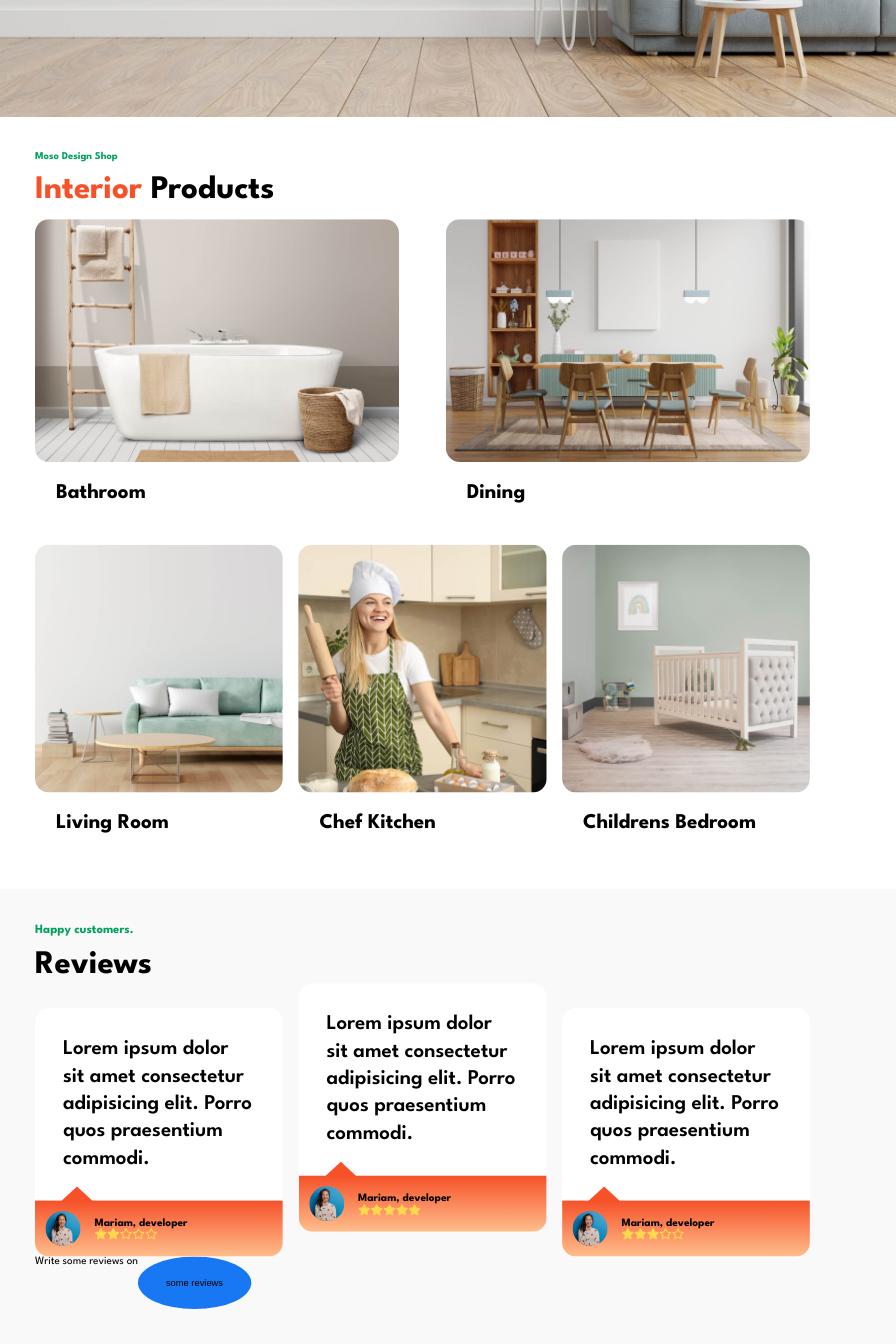
Repository: mariamnabil23/furniture
Page: index.html
The author's editor kept a copy of each file at every save. The page is drawn from the files as they stood at one save, then again after a run of saves.
The browser window is 1280 px wide. The pictures show the part of the page from y = 1853 to 3773 px (the page is 3773 px tall before and 3728 px after), at 70% of full size.
Some web fonts or font styles are not loaded; a fallback is used.

Above is the page before, as saved 2024-10-31 10:08:25.

### index.html
<!DOCTYPE html>
<html lang="en">

<head>
    <meta charset="UTF-8">
    <meta name="viewport" content="width=device-width, initial-scale=1.0">
    <title>Furnture</title>

    <!-- font awesome -->
    <link rel="stylesheet" href="https://cdnjs.cloudflare.com/ajax/libs/font-awesome/6.0.0-beta3/css/all.min.css">

    <!-- google font -->
    <link rel="preconnect" href="https://fonts.googleapis.com">
    <link rel="preconnect" href="https://fonts.gstatic.com" crossorigin>
    <link
        href="https://fonts.googleapis.com/css2?family=Anton&family=DM+Sans:ital,opsz,wght@0,9..40,100..1000;1,9..40,100..1000&family=Inter:wght@100..900&family=Karla:ital,wght@0,200..800;1,200..800&family=League+Spartan:wght@100..900&family=Montserrat:ital,wght@0,100..900;1,100..900&family=Nunito:ital,wght@0,200..1000;1,200..1000&family=Playwrite+GB+S:ital,wght@0,100..400;1,100..400&family=Saira+Semi+Condensed:wght@100;200;300;400;500;600;700;800;900&family=Sorts+Mill+Goudy:ital@0;1&family=Tajawal:wght@200;300;400;500;700;800;900&family=Work+Sans:ital,wght@0,100..900;1,100..900&family=Yellowtail&family=Zen+Dots&display=swap"
        rel="stylesheet">


    <link rel="stylesheet" href="style.css">
</head>

<body>
    <div class="container">

        <!-- header section -->
        <section class="header">
            <div class="navbar">
                <div class="left">
                    <h2> <span class="y">Moso</span> Inter<span class="g">ior</span></h2>
                </div>
                <div class="right">
                    <ul>
                        <li><a href="#">Home</a></li>
                        <li><a href="#">About</a></li>
                        <li><a href="#">Shop</a></li>
                        <li><a href="#">Reviews</a></li>
                        <li><a href="#">Contact</a></li>
                    </ul>
                </div>
            </div>
        </section>

        <!-- home section -->
        <section class="home">
            <div class="content">
                <div class="top">
                    <h5>Welcome to Moso Interior</h5>
                    <i class="fas fa-home"></i>
                </div>
                <div class="middle">
                    <h1>Decorate a beautiful <br> interior for your space</h1>
                </div>
                <div class="bottom">
                    <div class="l">
                        <label>Product</label>
                        <input placeholder="bathroom, livin">
                    </div>
                    <div class="r">
                        <label>Product</label>
                        <input placeholder="bathroom, livin">
                    </div>
                    <div class="btn">
                        <button>Search</button>
                    </div>
                    <div class="down"><i class="fas fa-arrow"></i></div>
                </div>
            </div>
        </section>

        <!-- about section -->
        <section class="about">
            <div class="content">
                <div class="left">
                    <h5>Our Story</h5>
                    <h1>Introducing <span>Moso</span></h1>
                    <h2>Since 1986, We crafted <br> interior products for better <br> spaces</h2>
                    <p>Moso Interior is a free Bootstrap 5 HTML CSS template for your website. Tooplate is one of the
                        best websites to download 100% free HTML Templates for web designers and developers around the
                        world. Thank you for visiting.</p>
                </div>
                <div class="middle">
                    <img src="/images/about1.jpg">
                </div>
                <div class="right">
                    <img src="/images/about2.jpg">
                </div>
            </div>
        </section>

        <!-- open section -->
        <section class="open">
            <div class="content">
                <h1>Opening Hours</h1>
                <div class="box">
                    <i class="fa-regular fa-clock"></i>
                    <div class="hours">
                        <div><span class="day">Mon - Friday ~</span> <span class="clock">8:00 AM - 6:00 PM</span></div>
                        <div class="s"><span class="day">Saturday ~</span> <span class="clock">10:00 AM - 10:00 PM</span></div>
                        <div><span class="day">Sunday ~ Closed</span></div>
                    </div>
                </div>
            </div>
        </section>

        <!-- products section -->
        <section class="products">
            <div class="content">
                <div class="top">
                    <h5>Moso Design Shop</h5>
                    <h2> <span class="r">Interior</span> Products</h2>
                </div>
                <div class="box-two">
                    <div class="b1">
                        <img src="/images/p1.jpg" >
                        <h3>Bathroom</h3>
                    </div>
                    <div class="b2">
                        <img src="/images/p2.jpg" >
                        <h3>Dining</h3>
                    </div>
                </div>
                <div class="box-three">
                    <div class="b3">
                        <img src="/images/p3.jpg" >
                        <h3>Living Room</h3>
                    </div>
                    <div class="b4">
                        <img src="/images/p4.jpg" >
                        <h3>Chef Kitchen</h3>
                    </div>
                    <div class="b5">
                        <img src="/images/p5.jpg" >
                        <h3>Childrens Bedroom</h3>
                    </div>
                </div>
            </div>
        </section>

        <!-- reviews section -->
        <section class="reviews">
            <div class="content">
                <div class="top">
                    <h5>Happy customers.</h5>
                    <h2>Reviews</h2>
                </div>
                <div class="container">
                    <div class="box">
                        <h2>Lorem ipsum dolor sit amet consectetur adipisicing elit. Porro quos praesentium commodi.</h2>
                        <div class="btm">
                            <img src="/images/person1.jpg" >
                            <div class="rating">
                                <h4>Mariam, developer</h4>
                                <div class="stars">
                                    <i class="fa-solid fa-star"></i>
                                    <i class="fa-solid fa-star"></i>
                                    <i class="fa-regular fa-star"></i>
                                    <i class="fa-regular fa-star"></i>
                                    <i class="fa-regular fa-star"></i>
                                </div>
                            </div>
                        </div>
                    </div>
                    <div class="box">
                        <h2>Lorem ipsum dolor sit amet consectetur adipisicing elit. Porro quos praesentium commodi.</h2>
                        <div class="btm">
                            <img src="/images/person1.jpg" >
                            <div class="rating">
                                <h4>Mariam, developer</h4>
                                <div  class="stars">
                                    <i class="fa-solid fa-star"></i>
                                    <i class="fa-solid fa-star"></i>
                                    <i class="fa-solid fa-star"></i>
                                    <i class="fa-solid fa-star"></i>
                                    <i class="fa-solid fa-star"></i>
                                </div>
                            </div>
                        </div>
                    </div>
                    <div class="box">
                        <h2>Lorem ipsum dolor sit amet consectetur adipisicing elit. Porro quos praesentium commodi.</h2>
                        <div class="btm">
                            <img src="/images/person1.jpg" >
                            <div class="rating">
                                <h4>Mariam, developer</h4>
                                <div  class="stars">
                                    <i class="fa-solid fa-star"></i>
                                    <i class="fa-solid fa-star"></i>
                                    <i class="fa-solid fa-star"></i>
                                    <i class="fa-regular fa-star"></i>
                                    <i class="fa-regular fa-star"></i>
                                </div>
                            </div>
                    </div>
                    </div>
                </div>
                <div class="bottom">
                    <p>Write some reviews on</p>
                    <div class="box-btn">
                        <button class="box-btn">
                            <p>some reviews </p>
                        </button>
                    </div>
                </div>
        </section>

    </div>
</body>

</html>

### style.css
@import url('https://fonts.googleapis.com/css2?family=Anton&family=DM+Sans:ital,opsz,wght@0,9..40,100..1000;1,9..40,100..1000&family=Inter:wght@100..900&family=Karla:ital,wght@0,200..800;1,200..800&family=League+Spartan:wght@100..900&family=Montserrat:ital,wght@0,100..900;1,100..900&family=Nunito:ital,wght@0,200..1000;1,200..1000&family=Playwrite+GB+S:ital,wght@0,100..400;1,100..400&family=Saira+Semi+Condensed:wght@100;200;300;400;500;600;700;800;900&family=Sorts+Mill+Goudy:ital@0;1&family=Tajawal:wght@200;300;400;500;700;800;900&family=Work+Sans:ital,wght@0,100..900;1,100..900&family=Yellowtail&family=Zen+Dots&display=swap');


* {
    box-sizing: border-box;
    padding: 0;
    margin: 0;
}

body {
    font-family: "League Spartan", sans-serif;
}

ul {
    list-style: none;
}

a {
    text-decoration: none;
}

.header {
    background-color: rgb(249, 251, 251);
    height: 70px;
    position: fixed;
    width: 100%;
}

.navbar {
    width: 90%;
    margin: auto;
}

.navbar .left {
    float: left;
    display: inline;
}

.navbar .left h2 {
    color: #f65129;
    font-size: 35px;
}

.navbar .left .y {
    color: #ffd74f;
}

.navbar .left .g {
    color: #00a05d;
}

.navbar .right {
    float: right;
    display: inline;
    width: 60%;
}

.navbar .right ul {
    display: flex;
    justify-content: space-between;

}

.navbar .right ul li a {
    color: #706f6f;
    font-size: 20px;
}

.navbar .right ul li a {
    background-color: #ffd74f;

}


/* home */
.home {
    width: 100%;
    height: 100vh;
    background-image: url("/images/home-bg-1.jpg");
    background-size: cover;
    display: flex;
    flex-direction: column;
    align-items: center;
    justify-content: center;
    align-items: center;
}

.home .content {
    display: flex;
    flex-direction: column;
    align-items: center;
    justify-content: center;
    align-items: center;
}

.home .top h5 {
    display: inline;
    color: #00a05d;
    font-size: 18px;
}

.home .top i {
    color: #f65129;
}

.home .middle h1 {
    color: white;
    font-size: 60px;
    margin: 20px 0;
    line-height: 1.2;
}

.home .bottom {
    background: white;
    border-radius: 15px;
    padding: 40px;
    display: flex;
}

.home .bottom .l,
.home .bottom .r {
    margin: auto;
}

.home .bottom .r,
.home .bottom .btn {
    padding-left: 10px;
}

.home .bottom button {
    background: #f65129;
    padding: 10px;
    color: white;
    border: none;
    border-radius: 5px;
}


/* about */

.about {}

.about .content {
    display: flex;
    justify-content: space-between;
    align-items: center;
    width: 90%;
    margin: 100px auto;
}

.about .left {
    width: 40%;
    height: 280px;
}

.about .left h5 {
    color: #00a05d;
    font-size: 18px;
}

.about .middle {
    width: 25%;
    height: 300px;
}

.about .middle img {
    width: 100%;
    height: 100%;
    object-fit: cover;
    border-radius: 100%;
}

.about .right {
    width: 30%;
    height: 380px;
}

.about .right img {
    width: 100%;
    height: 100%;
    object-fit: cover;
    border-radius: 100%;
}

.about .left h1,
h2 {
    color: #6c757d;
}

.about .left h1 {
    font-size: 50px;
    font-weight: 600;
}

.about .left h2 {
    font-size: 40px;
    font-weight: 500;
    margin: 20px 0;

}

.about .left span {
    color: black;
}

.about .left p {
    color: #717275;
    font-size: 16px;
    font-weight: 300;
    line-height: 1.5;
}

/* open */
.open {
    width: 100%;
    height: 100vh;
    background-image: url('/images/open-bg.jpg');
    background-size: cover;
    position: relative;

}

.open .content {
    background-color: #e9eaeb;
    border-top: 25px solid #f65129;
    border-radius: 20px;
    width: 35%;
    padding: 30px 50px;
    position: absolute;
    top: 50%;
    left: 30%;
    transform: translate(-50%, -50%);
}

.open h1 {
    font-size: 50px;
    font-weight: 600;
}

.open .box {
    display: flex;
    align-items: baseline;
    margin-top: 30px;
}

.open .box i {
    padding-right: 16px;
    font-size: 25px;
    color: #504f4f;
}

.open .box .day {
    color: #838383;
    font-size: 20px;
    font-weight: 400;
}

.open .box .clock {
    font-size: 20px;
    font-weight: 700;
    color: #4a4949;
}

.open .box .s {
    padding: 20px 0;
}


/* products */


.products {
    color: #00a05d;
    font-size: 18px;
    margin: 50px 0px 50px 50px;
}

.products .content {
    width: 90%;
}

.products .top {}

.products .top h2 {
    color: black;
    margin: 20px 0;
    font-size: 47px;
}

.products .top .r {
    color: #f65129;
}

.products .box-two,
.products .box-three {
    width: 100%;
    display: flex;
    justify-content: space-between;
}

.products .box-two .b1,
.products .box-two .b2 {
    width: 47%;
    border-radius: 20px;
    display: flex;
    flex-direction: column;
}

.products .box-two .b1 img,
.products .box-two .b2 img {
    object-fit: cover;
    width: 100%;
    height: 100%;
    border-radius: 20px;
}

.products .box-three {
    margin-top: 30px;
}

.products .box-three .b3,
.products .box-three .b4,
.products .box-three .b5 {
    width: 32%;
    border-radius: 20px;
    display: flex;
    flex-direction: column;
}

.products .box-three .b3 img,
.products .box-three .b4 img,
.products .box-three .b5 img {
    object-fit: cover;
    width: 100%;
    border-radius: 20px;
}

.products .box-two h3,
.products .box-three h3 {
    color: black;
    padding: 30px;
    font-size: 30px;
}

/* Reviews */
.reviews {
    padding: 50px 0px 50px 50px;
    background-color: #f9f9f9;
}

.reviews .content {
    width: 90%;
}

.reviews .top h5 {
    color: #00a05d;
    font-size: 18px;
}

.reviews .top h2 {
    color: black;
    margin: 20px 0;
    font-size: 47px;
}

.reviews .container {
    display: flex;
    justify-content: space-between;
    margin-top: 40px;
    position: relative;
}

.reviews .box {
    display: flex;
    flex-direction: column;
    width: 32%;
    background-color: white;
    border-radius: 20px;
    overflow: hidden;
}

.reviews .box:nth-child(2) {
    position: absolute;
    top: 40%;
    left: 50%;
    transform: translate(-50%, -50%);
}

.reviews .box h2 {
    color: black;
    font-size: 30px;
    font-weight: 600;
    line-height: 1.3;
    padding: 40px;
}

.reviews .box .btm {
    display: flex;
    align-items: center;
    padding-top: 20px;
    background: linear-gradient(180deg, rgba(246, 81, 41, 1) 0%, rgba(255, 190, 140, 1) 100%);
    padding: 15px;
    position: relative;
}

.reviews .box .btm::before {
    content: '';
    position: absolute;

    display: block;
    margin: auto;
    width: 0;
    height: 0;
    border-bottom: 22px solid rgba(246, 81, 41, 1);
    border-left: 24px solid transparent;
    border-right: 24px solid transparent;
    position: absolute;
    top: -20px;
    left: 36px;
}

.reviews .box .btm .rating {
    display: flex;
    flex-direction: column;
    padding-left: 20px;
}

.reviews .box .btm .stars {
    color: #ffd74f;
    display: flex;
}

.reviews img {
    width: 50px;
    height: 50px;
    border-radius: 50%;
    object-fit: cover;
}
.reviews .bottom,
.reviews .bottom .box-btn{
    display: flex;

}
.reviews .bottom .box-btn{
    background-color: #1877f2;
    padding: 6px;
    border-radius: 50%;
    border: none;
    padding: 15px 20px;
}

After the next 9 saves:
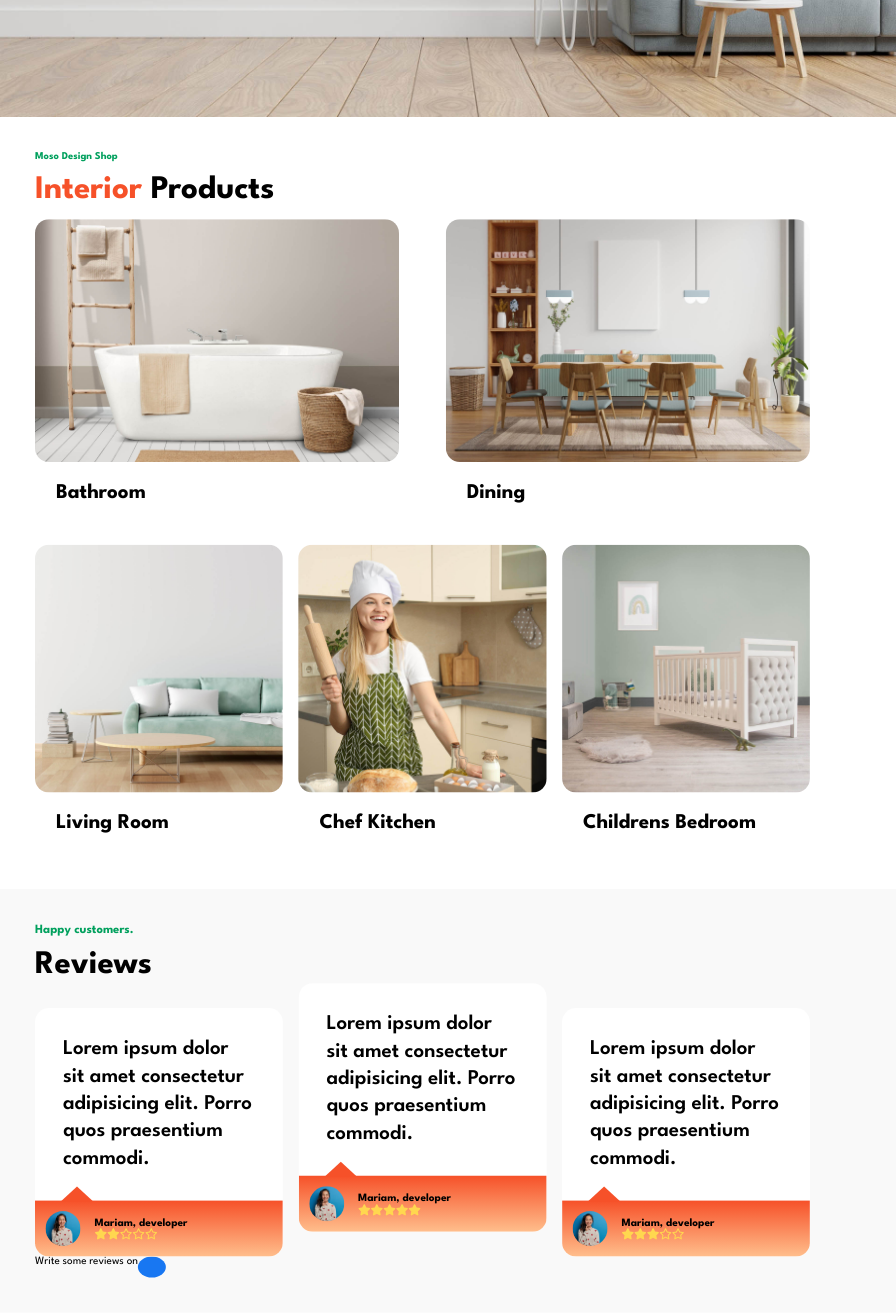
The 9 saves are shown as one change because they came seconds apart.
The last was saved 54 s later.
--- a/index.html
+++ b/index.html
@@ -196,11 +196,7 @@
                 </div>
                 <div class="bottom">
                     <p>Write some reviews on</p>
-                    <div class="box-btn">
-                        <button class="box-btn">
-                            <p>some reviews </p>
-                        </button>
-                    </div>
+                    <a href="#" class="box-btn">  </a>
                 </div>
         </section>
 
